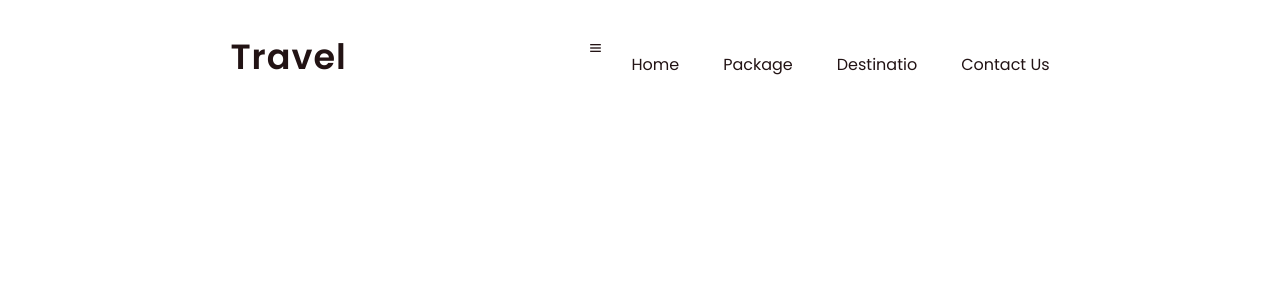
Repository: iamwind-dev/QLTourDuLich
Page: http://localhost/
An editor plug-in stored every save of this project. The page is shown before and after the next save, followed by the edit.
The browser window is 1280 px wide. The pictures show the whole page.
Some web fonts or font styles are not loaded; a fallback is used. The page is run by PHP 8.4 with error messages shown; the project is at /var/www/html/.

Above is the page before, as saved 2023-11-05 22:34:34.

After the next save:
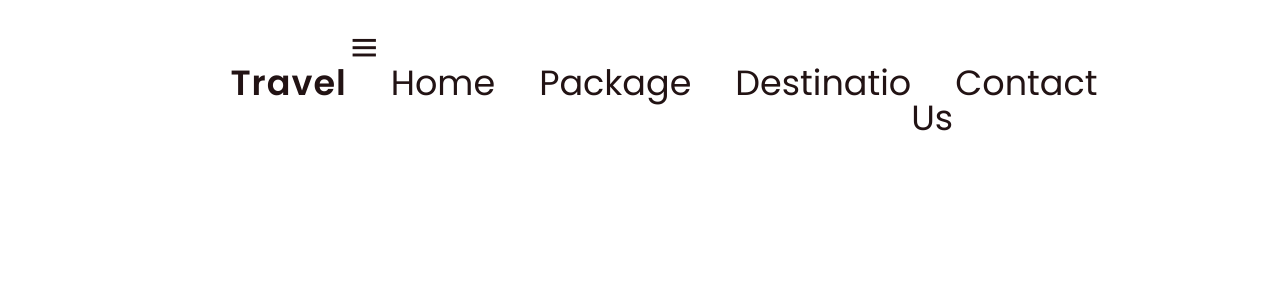
Saved 5 s later.
--- a/css/style.css
+++ b/css/style.css
@@ -66,5 +66,5 @@
 
 #menu-icon{
     color: var(--text-color);
-    font-size: ;
+    font-size: 35px;
 }
